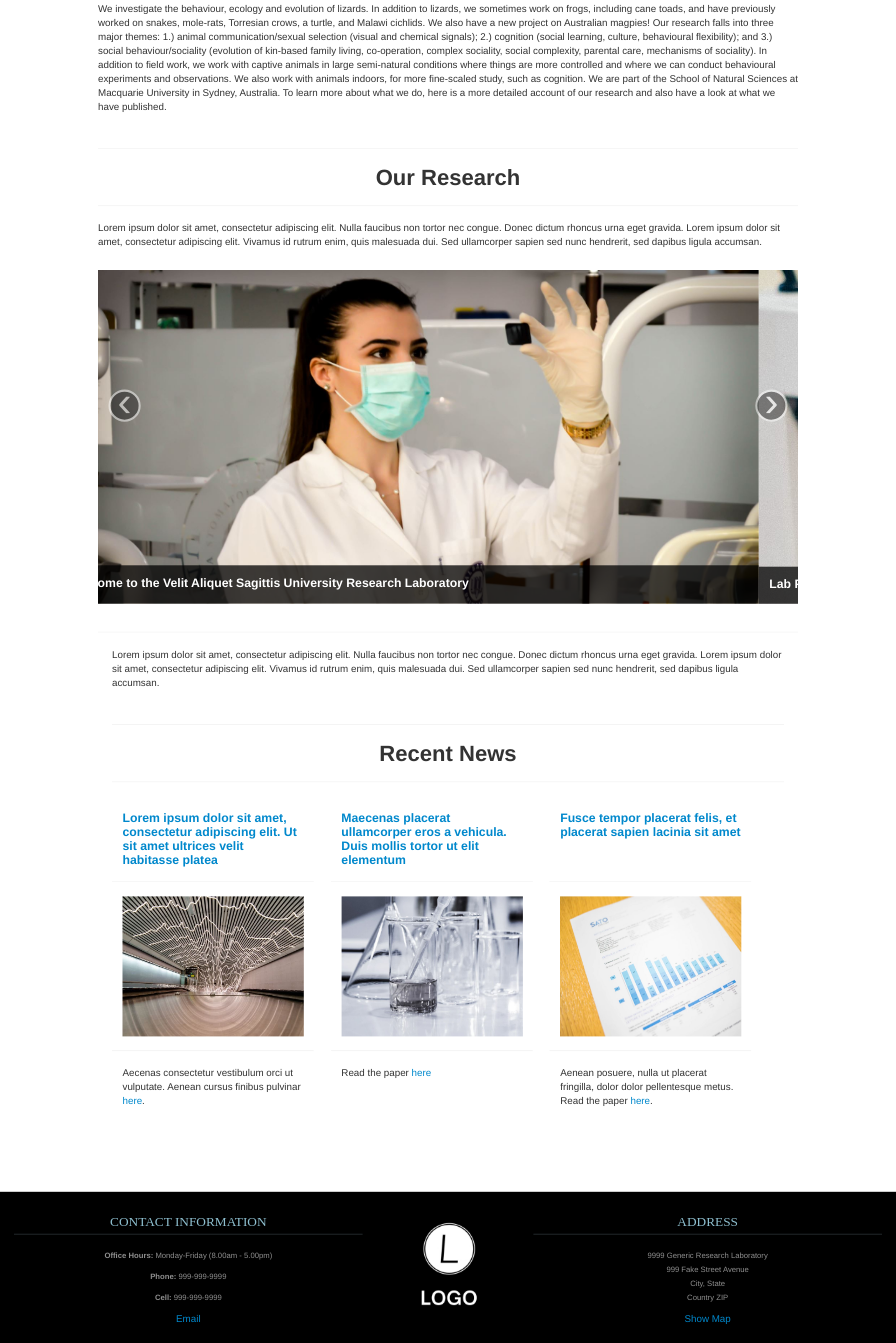
Repository: IAEUC/iaeuc.github.io
Page: index.html
These files come from the project's save history. The page is drawn as it stood at one moment and after the next save; the edit follows.
The browser window is 1280 px wide. The pictures show the part of the page from y = 652 to 2572 px (the page is 2570 px tall before and 2572 px after), at 70% of full size.

Above is the page before, as saved 2025-08-09 11:25:10.

### index.html
<!DOCTYPE html>
<html lang="en">
   <head>
      <meta charset="utf-8">
      <title>Generic Research Lab Template - Home</title>
      <meta name="viewport" content="width=device-width, initial-scale=1.0">
      <meta name="description" content="Research Lab, Home, Velit Aliquet Sagittis University">
      <meta name="author" content="">
      <!-- Le styles -->
      <link href="css/bootstrap.min.css" rel="stylesheet">
      <link href="css/bootstrap-responsive.min.css" rel="stylesheet">
      <link href="css/theme.css" rel="stylesheet">

      <!-- 返回顶部按钮样式 -->
      <style>
         #back-to-top {
            position: fixed;
            bottom: 30px;
            right: 30px;
            width: 50px;
            height: 50px;
            background-color: #007cba;
            color: white;
            border: none;
            border-radius: 50%;
            cursor: pointer;
            font-size: 20px;
            font-weight: bold;
            box-shadow: 0 4px 8px rgba(0, 0, 0, 0.3);
            opacity: 0;
            visibility: hidden;
            transition: all 0.3s ease;
            z-index: 1000;
         }

         #back-to-top:hover {
            background-color: #005f8a;
            transform: translateY(-2px);
            box-shadow: 0 6px 12px rgba(0, 0, 0, 0.4);
         }

         #back-to-top.show {
            opacity: 1;
            visibility: visible;
         }

         #back-to-top span {
            display: block;
            line-height: 1;
         }
      </style>
   </head>
   <body>
      <div class="container">
         <header class="jumbotron subhead" id="overview">
            <p class="lead"> Velit Aliquet Sagittis University </p>
            <h1>Experimental Research Lab</h1>
         </header>
         <div class="masthead">
            <div class="navbar">
               <div class="navbar-inner">
                  <div class="container">
                     <ul class="nav">
                        <li class="active"><a href="#">Home</a></li>
                        <li class="dropdown">
                           <a href="#" class="dropdown-toggle" data-toggle="dropdown">People <b class="caret"></b></a>
                           <ul class="dropdown-menu">
                              <li><a href="people.html">All People</a></li>
                              <li><a href="people.html#principalinvestigator">Principal Investigator</a></li>
                              <li><a href="people.html#graduate">Graduate Students</a></li>
                              <li><a href="people.html#undergraduate">Undergraduate Students</a></li>
                           </ul>
                        </li>
                        <li><a href="research.html">Research</a></li>
                        <li><a href="publications.html">Publications</a></li>
                        <li><a href="gallery.html">Gallery</a></li>
                        <li><a href="news.html">News</a></li>
                        <li><a href="teaching.html">Teaching</a></li>
                        <li><a href="contact.html">Contact</a></li>
                     </ul>
                  </div>
               </div>
            </div>
         </div>
         <div class="centered" style="margin-bottom: 20px;">
                                 <img src="images/lab-photo.jpg" alt="Research Laboratory" style="width: 1200px; max-height: 400px; border-radius: 8px;">
                              </div>
         <div class="row-fluid">
            <div class="span12">
                              <p>
                                We investigate the behaviour, ecology and evolution of lizards. In addition to lizards, we sometimes work on frogs, including cane toads, and have previously worked on snakes, mole-rats, Torresian crows, a turtle, and Malawi cichlids. We also have a new project on Australian magpies! Our research falls into three major themes: 1.) animal communication/sexual selection (visual and chemical signals); 2.) cognition (social learning, culture, behavioural flexibility); and 3.) social behaviour/sociality (evolution of kin-based family living, co-operation, complex sociality, social complexity, parental care, mechanisms of sociality).

                                 In addition to field work, we work with captive animals in large semi-natural conditions where things are more controlled and where we can conduct behavioural experiments and observations. We also work with animals indoors, for more fine-scaled study, such as cognition.

                                 We are part of the School of Natural Sciences at Macquarie University in Sydney, Australia. To learn more about what we do, here is a more detailed account of our research and also have a look at what we have published.
                              </p>
                              <br/>
                           </div>
         </div>
         <div class="row-fluid">
                  <hr>
                  <h2 class="centered">Our Research</h2>
                  <hr>
         </div>
         <div class="row-fluid">
            <div class="span12">
                              <p>
                                 Lorem ipsum dolor sit amet, consectetur adipiscing elit. Nulla faucibus non tortor nec congue.
                                 Donec dictum rhoncus urna eget gravida. Lorem ipsum dolor sit amet, consectetur adipiscing elit.
                                 Vivamus id rutrum enim, quis malesuada dui. Sed ullamcorper sapien sed nunc hendrerit, sed dapibus
                                 ligula accumsan.
                              </p>
                              <br/>
                           </div>
         </div>

         <div class="row-fluid">
            <div class="span12">
               <div id="main-carousel" class="carousel slide">
                  <div class="carousel-inner">
                     <div class="item active">
                        <img src="images/ani-kolleshi-crop3.JPG" class="carousel-image" alt="">
                        <div class="carousel-caption">
                           <h4>Welcome to the Velit Aliquet Sagittis University Research Laboratory</h4>
                           <!-- -->
                           <p></p>
                        </div>
                     </div>
                     <div class="item">
                        <img src="images/microscope-crop1.JPG" class="carousel-image" alt="">
                        <div class="carousel-caption">
                           <h4>Lab Photos</h4>
                           <p></p>
                        </div>
                     </div>
                     <div class="item">
                        <img src="images/building-crop1.JPG" class="carousel-image" alt="">
                        <div class="carousel-caption">
                           <h4>Main Building Photo</h4>
                           <p></p>
                        </div>
                     </div>
                  </div>
                  <a class="left carousel-control" href="#main-carousel" data-slide="prev">‹</a>
                  <a class="right carousel-control" href="#main-carousel" data-slide="next">›</a>
               </div>
            </div>
         </div>
         <hr>
         <div class="container-fluid">
            <div class="row-fluid marketing">
               <div class="span12">
                  <p>
                     Lorem ipsum dolor sit amet, consectetur adipiscing elit. Nulla faucibus non tortor nec congue.
                     Donec dictum rhoncus urna eget gravida. Lorem ipsum dolor sit amet, consectetur adipiscing elit.
                     Vivamus id rutrum enim, quis malesuada dui. Sed ullamcorper sapien sed nunc hendrerit, sed dapibus
                     ligula accumsan.
                  </p>
                  <br/>
               </div>
            </div>
               <div class="row-fluid">
                  <hr>
                  <h2 class="centered">Recent News</h2>
                  <hr>
               </div>
            <div class="row-fluid">
               <div class="span4 feature-item">
                  <h4 class="feature-heading"><a href="https://unsplash.com/photos/QvbLjB9pHLM">Lorem ipsum dolor sit amet, consectetur adipiscing elit. Ut sit amet ultrices velit habitasse platea</a></h4>
                  <hr>
                  <div class="centered">
                     <a href="https://unsplash.com/photos/QvbLjB9pHLM"><img src="thumbs/ivanov-crop.JPG" alt=""></a>
                  </div>
                  <hr>
                  <p>Aecenas consectetur vestibulum orci ut vulputate. Aenean cursus finibus pulvinar <a href="https://unsplash.com/photos/QvbLjB9pHLM">here</a>. </p>
                  <br/>
               </div>
               <div class="span4 feature-item">
                  <h4 class="feature-heading"><a href="https://unsplash.com/photos/lQGJCMY5qcM">Maecenas placerat ullamcorper eros a vehicula. Duis mollis tortor ut elit elementum</a></h4>
                  <hr>
                  <div class="centered">
                     <a href="https://unsplash.com/photos/lQGJCMY5qcM"><img src="thumbs/beaker-crop.JPG" alt=""></a>
                  </div>
                  <hr>
                  <p>Read the paper <a href="https://unsplash.com/photos/lQGJCMY5qcM">here</a> </p>
               </div>
               <div class="span4 feature-item">
                  <h4 class="feature-heading"><a href="https://unsplash.com/photos/QCbZ4ASLhM8">Fusce tempor placerat felis, et placerat sapien lacinia sit amet<br/><br/><br/></a></h4>
                  <hr>
                  <div class="centered">
                     <a href="https://unsplash.com/photos/QCbZ4ASLhM8"><img src="thumbs/sato-chart.JPG" alt=""></a>
                  </div>
                  <hr>
                  <p> Aenean posuere, nulla ut placerat fringilla, dolor dolor pellentesque metus. Read the paper <a href="https://unsplash.com/photos/QCbZ4ASLhM8">here</a>.</p>
                  <br/>
                  <br/>
                  <br/>
               </div>
            </div>
         </div>
      </div>

      <!-- 返回顶部按钮 -->
      <button id="back-to-top" title="返回顶部">
         <span>↑</span>
      </button>

      <footer id="footer">
         <div class="container-fluid">
            <div class="row-fluid">
               <div class="span5">
                  <h3>Contact Information</h3>
                  <p><b>Office Hours: </b>Monday-Friday (8.00am - 5.00pm)</p>
                  <p><b>Phone: </b>999-999-9999</p>
                  <p><b>Cell: </b>999-999-9999</p>
                  <a href="mailto:your.email@uni.edu">Email</a>
               </div>
               <div class="span2">
                  <a href="https://mybrandnewlogo.com/"><img src = "thumbs/generic-logo.JPG" alt="research-lab-logo"/></a>
               </div>
               <div class="span5">
                  <h3>Address</h3>
                  <p>9999 Generic Research Laboratory<br>
                     999 Fake Street Avenue<br>
                     City, State<br>
                     Country ZIP
                  </p>
                  <a href="http://maps.google.com/">Show Map</a>
               </div>
            </div>
         </div>
      </footer>

      <!-- Javascript files -->
      <script src="js/jquery-1.9.1.min.js"></script>
      <script src="js/bootstrap.min.js"></script>
      <script> $('#main-carousel').carousel(); </script>
   </body>
</html>

### css/theme.css
body {
	padding-top: 15px;
	padding-bottom: 0px;
}


/* Custom container */

.container {
	margin: 0 auto;
	max-width: 1000px;
}

.container>hr {
	margin: 20px 0
}


/* Customize the navbar links to be fill the entire space of the .navbar */

.navbar .navbar-inner {
	padding: 0
}

.navbar .nav {
	margin: 0;
	display: table;
	width: 100%;
}

.navbar .nav li {
	display: table-cell;
	width: 1%;
	float: none;
}

.navbar .nav li a {
	font-weight: bold;
	text-align: center;
	border-left: 1px solid rgba(255, 255, 255, .75);
	border-right: 1px solid rgba(0, 0, 0, .1);
}

.navbar .nav li:first-child a {
	border-left: 0;
	border-radius: 3px 0 0 3px;
}

.navbar .nav li:last-child a {
	border-right: 0;
	border-radius: 0 3px 3px 0;
}

body>.navbar {
	font-size: 13px
}


/* Change the docs' brand */

body>.navbar .brand {
	padding-right: 0;
	padding-left: 0;
	margin-left: 20px;
	float: right;
	font-weight: bold;
	color: #000;
	text-shadow: 0 1px 0 rgba(255, 255, 255, .1), 0 0 30px rgba(255, 255, 255, .125);
	-webkit-transition: all .2s linear;
	-moz-transition: all .2s linear;
	transition: all .2s linear;
}

body>.navbar .brand:hover {
	text-decoration: none;
	text-shadow: 0 1px 0 rgba(255, 255, 255, .1), 0 0 30px rgba(255, 255, 255, .4);
}


/* Sidenav for Docs
         -------------------------------------------------- */

@media screen and (max-width: 768px) {
	.bs-docs-sidenav {
		display: none !important;
	}
}

.bs-docs-sidenav {
	width: 228px;
	margin: 30px 0 0;
	padding: 0;
	background-color: #fff;
	-webkit-border-radius: 6px;
	-moz-border-radius: 6px;
	border-radius: 6px;
	-webkit-box-shadow: 0 1px 4px rgba(0, 0, 0, .065);
	-moz-box-shadow: 0 1px 4px rgba(0, 0, 0, .065);
	box-shadow: 0 1px 4px rgba(0, 0, 0, .065);
}

.bs-docs-sidenav>li>a {
	display: block;
	width: 200px;
	margin: 0 0 -1px;
	padding: 8px 14px;
	border: 1px solid #e5e5e5;
}

.bs-docs-sidenav>li>a.subhead {
	display: block;
	width: 168px;
	margin: 0 0 -1px;
	padding: 8px 30px;
	border: 1px solid #e5e5e5;
	font-size: 12px;
}

.bs-docs-sidenav>li:first-child>a {
	-webkit-border-radius: 6px 6px 0 0;
	-moz-border-radius: 6px 6px 0 0;
	border-radius: 6px 6px 0 0;
}

.bs-docs-sidenav>li:last-child>a {
	-webkit-border-radius: 0 0 6px 6px;
	-moz-border-radius: 0 0 6px 6px;
	border-radius: 0 0 6px 6px;
}

.bs-docs-sidenav>.active>a {
	position: relative;
	z-index: 2;
	padding: 9px 15px;
	border: 0;
	text-shadow: 0 1px 0 rgba(0, 0, 0, .15);
	-webkit-box-shadow: inset 1px 0 0 rgba(0, 0, 0, .1), inset -1px 0 0 rgba(0, 0, 0, .1);
	-moz-box-shadow: inset 1px 0 0 rgba(0, 0, 0, .1), inset -1px 0 0 rgba(0, 0, 0, .1);
	box-shadow: inset 1px 0 0 rgba(0, 0, 0, .1), inset -1px 0 0 rgba(0, 0, 0, .1);
}

.bs-docs-sidenav>li>a:hover {
	background-color: #f5f5f5
}

.bs-docs-sidenav a:hover .icon-chevron-right {
	opacity: .5
}

.bs-docs-sidenav.affix {
	top: 10px
}

.bs-docs-sidenav.affix-bottom {
	position: absolute;
	top: auto;
	bottom: 270px;
}


/* Responsive
         -------------------------------------------------- */

.affix {
	top: 0px
}

#media {
	margin-top: 70px
}

#media .header {
	margin-left: 0;
	margin-bottom: 56px;
	margin-top: 30px;
}

#media .post_row {
	margin-left: 0;
	margin-bottom: 40px;
}

#media .lastpost_row {
	margin-bottom: 0
}

#media .post_row .post {
	background: #fff;
	/*margin-left: 0;;
    margin-right: 20px;*/
	border-radius: 4px;
	box-shadow: 1px 1px 2px 0px #E0E0E0;
	width: 487px;
	height: 616px;
}

#media .post_row .last {
	margin-right: 0
}

#media .post_row .post .img {
	position: relative;
	text-align: center;
}

#media .post_row .post .img .date {
	background: #E8554E;
	position: absolute;
	padding: 2px 5px;
	top: 0;
	left: 11px;
}

#media .post_row .post .img .date p {
	color: #fff;
	font-size: 14px;
	font-weight: bold;
	font-style: italic;
	margin: 0;
}

#media .post_row .post .img img {
	height: 275px;
	width: 410px;
}

#media .post_row .post .text {
	margin: 18px auto 0;
	width: 83%;
}

#media .post_row .post .text h5 {
	margin: 0 0 8px 0;
	font-size: 20px;
	line-height: 23px;
}

#media .post_row .post .text h5 a {
	color: #333
}

#media .post_row .post .text span.date {
	color: #9F9F9F;
	display: block;
	margin-bottom: 12px;
	font-style: italic;
	font-size: 13px;
}

#media .post_row .post .text p {
	margin: 0;
	line-height: 21px;
	font-size: 14px;
}

#media .post_row .post .author_box {
	margin: 12px auto 20px;
	border-top: 1px solid #EDEDED;
	overflow: hidden;
	text-align: left;
	width: 85%;
	padding-top: 12px;
}

#media .post_row .post .author_box h6 {
	margin: 0 0 3px 0;
	font-size: 13px;
	line-height: 15px;
	font-style: italic;
	font-weight: normal;
	color: #B2B2B2;
}

#media .post_row .post .author_box p {
	color: #B2B2B2;
	font-style: italic;
	font-size: 13px;
	line-height: 14px;
	margin: 0;
}

#media .post_row .post .author_box img {
	float: right
}

#media .post_row .post a.plus_wrapper {
	width: 99%;
	text-align: center;
	background: #fff;
	display: none;
	border-radius: 0px 0px 4px 4px;
	padding: 6px 0px 2px;
	margin: 0 auto 1px;
}

#media .post_row .post a.plus_wrapper span {
	color: #1189D9;
	font-size: 30px;
	font-weight: bold;
}

#media .post_row .post:hover a.plus_wrapper {
	display: block
}

#media .post_row .post:hover {
	box-shadow: 0px 1px 5px 1px rgb(216, 216, 216)
}

#media .post_row .post:hover .text h5 a {
	color: #1189D9
}

.map .box_wrapp {
	position: absolute;
	margin: 15px auto;
	box-shadow: 0 0 7px 0 rgba(26, 26, 26, 0.4);
	padding: 30px 0 30px;
	background: white;
	border-radius: 4px;
	margin-top: 25px;
}

.map .box_wrapp .box_cont {
	margin: 30px auto;
	width: 76%;
}

.section-header {
	text-align: center;
	margin-bottom: 35px;
}

.section-header h1,
.title-text {
	font-weight: bold;
	font-size: 30px;
	margin: 12.5px 0;
	font-weight: 100;
	margin-bottom: 25px;
	line-height: 55px;
}

.feature-item:hover {
	box-shadow: 0px 1px 5px 1px rgb(216, 216, 216)
}

.feature-item img {
	margin-left: 15px;
	margin-right: 15px;
	max-width: 90%;
	height: 200px;
}

.feature-item h5 {
	margin-left: 15px;
	margin-right: 15px;
	margin-top: 20px;
	margin-bottom: 20px;
}

.feature-item p {
	margin-left: 15px;
	margin-right: 15px;
}

.feature-heading {
	margin-top: 20px;
	margin-bottom: 20px;
	margin-left: 15px;
	margin-right: 15px;
}

.feature-heading a:hover {
	text-decoration: none;
}

.feature-button {
	font-size: 16px;
	background-image: none;
	box-shadow: none;
	margin-bottom: 10px;
}

.centered {
	text-align: center;
}

.subhead {
	text-align: left;
	border-bottom: 1px solid #ddd;
}

.jumbotron {
	position: relative;
	padding: 45px 0px 35px 0px;
	color: #fff;
	text-align: center;
	text-shadow: 0 1px 3px rgba(0, 0, 0, .4), 0 0 30px rgba(0, 0, 0, .075);
	background: #30393C;
	background: -moz-linear-gradient(45deg, #30393C 0%, #000000 100%);
	background: -webkit-gradient(linear, left bottom, right top, color-stop(0%, #30393C), color-stop(100%, #30393C));
	background: -webkit-linear-gradient(45deg, #30393C 0%, #000000 100%);
	background: -o-linear-gradient(45deg, #30393C 0%, #000000 100%);
	background: -ms-linear-gradient(45deg, #30393C 0%, #000000 100%);
	background: linear-gradient(45deg, #30393C 0%, #000000 100%) repeat;
	-webkit-box-shadow: inset 0 3px 7px rgba(0, 0, 0, .2), inset 0 -3px 7px rgba(0, 0, 0, .2);
	-moz-box-shadow: inset 0 3px 7px rgba(0, 0, 0, .2), inset 0 -3px 7px rgba(0, 0, 0, .2);
	box-shadow: inset 0 3px 7px rgba(0, 0, 0, .2), inset 0 -3px 7px rgba(0, 0, 0, .2);
}

.jumbotron:after {
	content: '';
	display: block;
	position: absolute;
	top: 0;
	right: 0;
	bottom: 0;
	left: 0;
	opacity: .4;
}

.lead {
	margin-bottom: 0px;
	font-size: 21px;
	font-weight: 200;
	line-height: 15px;
}

img.float-left {
	float: left;
	margin-top: 9px;
	margin-left: 0px;
	margin-right: 30px;
	margin-bottom: 12px;
}

img.float-right {
	float: right;
	margin-top: 9px;
	margin-right: 0px;
	margin-bottom: 12px;
	margin-left: 30px;
}

img.publications-thumb {
	width: 142px;
	height: 188px;
}

.caption {
	margin: 10px;
}

.responsive-video {
	position: relative;
	padding-bottom: 56.25%;
	padding-top: 60px;
	overflow: hidden;
}

.responsive-video iframe,
.responsive-video object,
.responsive-video embed {
	position: absolute;
	top: 0;
	left: 0;
	width: 93.5%;
	height: 93.5%;
}

.video-caption {
	margin: 10px;
}

.accordion {
	margin-bottom: 20px;
	margin-right: 40px;
}

.thumbnail>img.sponsor {
	width: 212px;
	height: 150px;
}

img.carousel-image {
	width: 100%;
}

li.publication {
	margin-bottom: 20px;
}

.page-header h3 a:hover {
	text-decoration: none;
}

iframe.map-frame {
	border: none;
	overflow: hidden;
	margin-top: 10px;
	margin-bottom: 10px;
	margin-left: 0px;
	margin-right: 0px;
	height: 550px;
	width: 100%;
}

ul.sponsors {
	margin-top: 40px;
	margin-bottom: 40px;
}

#footer {
	z-index: 10;
	margin-top: 50px;
	margin-bottom: 0px;
	padding-bottom: 25px;
	border-top-width: 8px;
	border-top-style: solid;
	border-top-color: #2F2F2F;
	background-color: #000000;
	border: 0;
	font-size: 100%;
	font: inherit;
	vertical-align: baseline;
	text-align: center;
}

#footer h3 {
	font-size: 19px;
	text-transform: uppercase;
	font-family: BebasNeueRegular;
	color: #8DBECE;
	border-bottom-width: 1px;
	border-bottom-style: solid;
	border-bottom-color: #30393C;
	line-height: 35px;
	margin-bottom: 20px;
	margin-top: 25px;
	font-weight: normal;
}

#footer a img {
	margin-top: 40px;
}

#footer p,
#footer address {
	color: #8F8F8F;
	font-size: 11px;
}

Loaded but not shown: css/bootstrap.min.css (library); css/bootstrap-responsive.min.css (library); js/jquery-1.9.1.min.js (library); js/bootstrap.min.js (library)

After the next save:
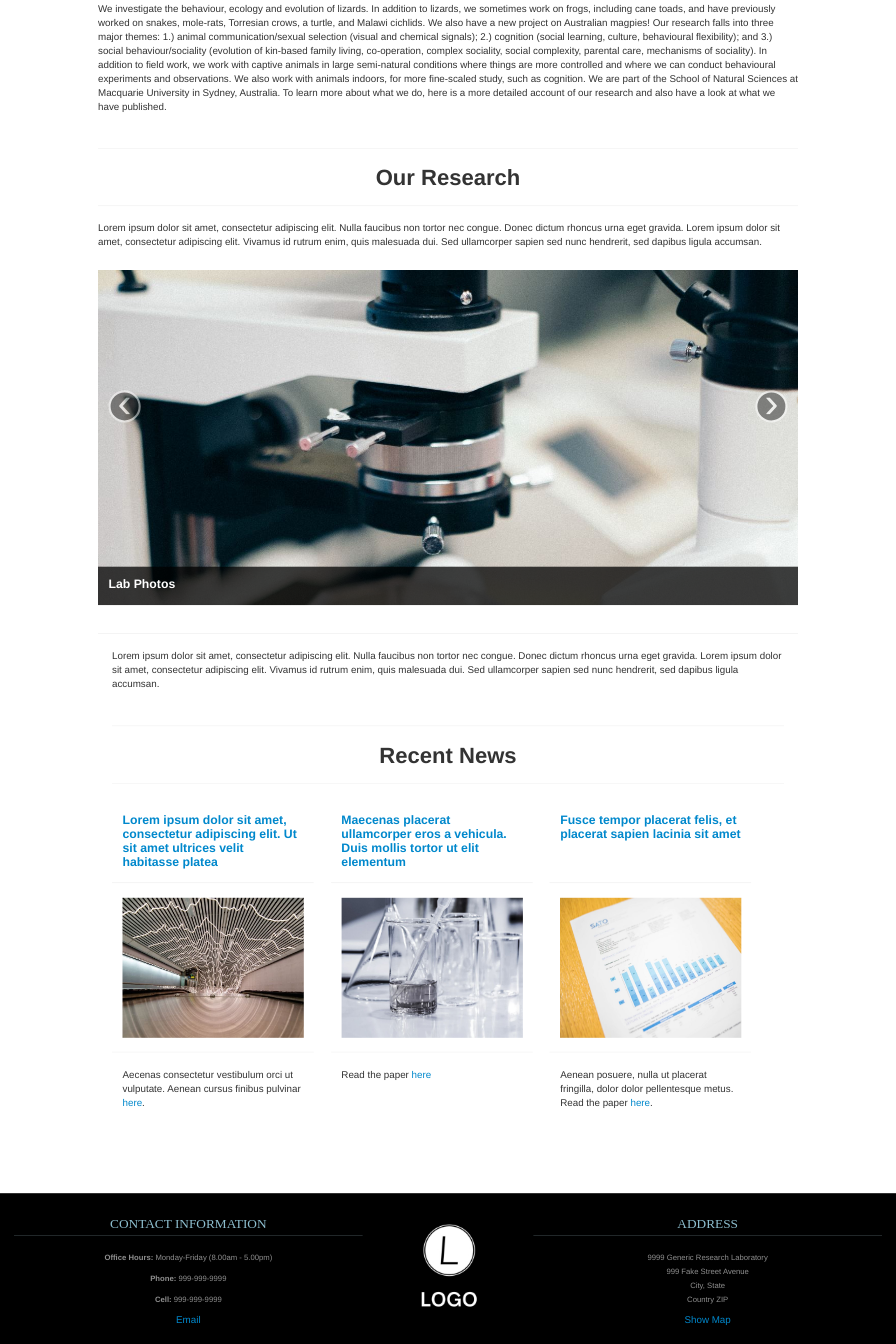
Saved 9 s later.
--- a/index.html
+++ b/index.html
@@ -235,5 +235,29 @@
       <script src="js/jquery-1.9.1.min.js"></script>
       <script src="js/bootstrap.min.js"></script>
       <script> $('#main-carousel').carousel(); </script>
+
+      <!-- 返回顶部按钮功能 -->
+      <script>
+         $(document).ready(function() {
+            var backToTopButton = $('#back-to-top');
+
+            // 监听页面滚动
+            $(window).scroll(function() {
+               if ($(this).scrollTop() > 300) {
+                  backToTopButton.addClass('show');
+               } else {
+                  backToTopButton.removeClass('show');
+               }
+            });
+
+            // 点击按钮返回顶部
+            backToTopButton.click(function() {
+               $('html, body').animate({
+                  scrollTop: 0
+               }, 600);
+               return false;
+            });
+         });
+      </script>
    </body>
 </html>
